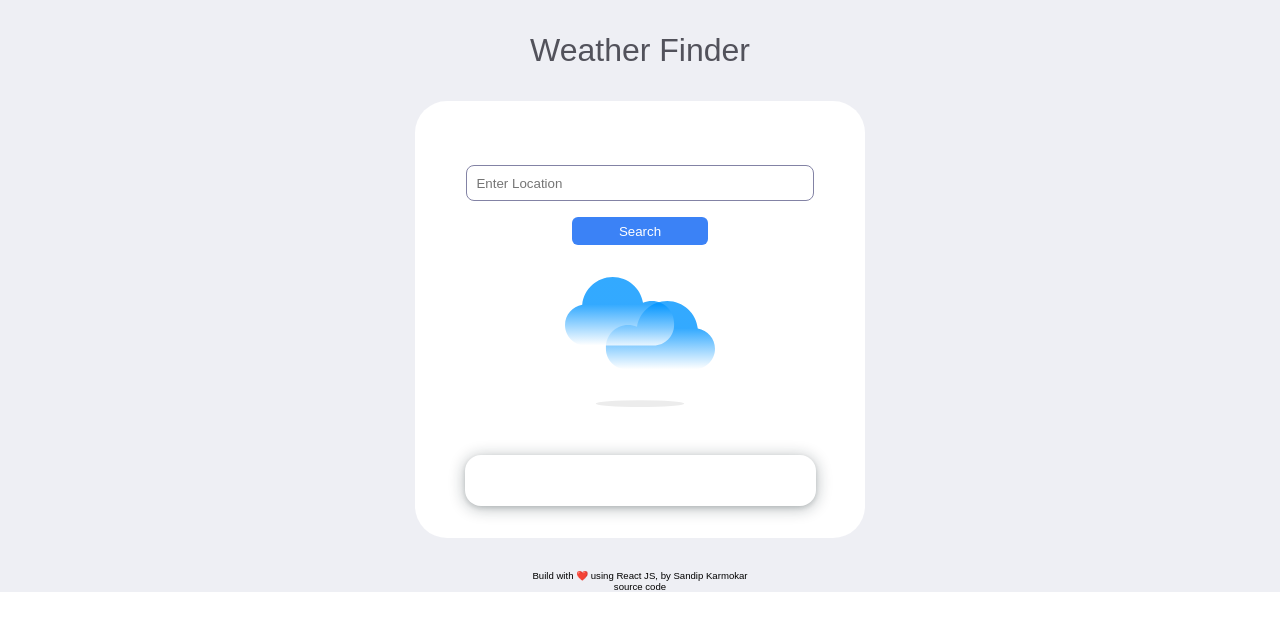
Repository: sandipkarmokar/weather-app
Page: /
The author's editor kept a copy of each file at every save. The page is drawn from the files as they stood at one save, then again after the next save.
The browser window is 1280 px wide. The pictures show the whole page.
The project was rebuilt for these pictures with package versions that can differ from the ones it lists, and the page was loaded fresh each time.

Above is the page before, as saved 2022-04-12 18:13:50.

### src/App.js
import { useState, useEffect } from 'react';
import './App.css';
import WeatherForm from './components/WeatherForm';
import WeatherInfoShow from './components/WeatherInfoShow';

function App() {
    const [city, setCity] = useState('');
    const [gotData, setGotData] = useState(false);
    const [weatherData, setWeatherData] = useState([]);
    const [isDay, setIsDay] = useState(false);

    console.log(weatherData);
    const url = `https://api.openweathermap.org/data/2.5/weather?q=${city}&appid=390f3fd7515cacb5596ae4765de92a6d`;

    const fetchData = async (e) => {
        e.preventDefault();
        try {
            const response = await fetch(url);
            const data = await response.json();
            setWeatherData(data);
            setGotData(true);
            const isDay = weatherData?.weather[0].icon?.includes('d');
            setIsDay(isDay);
        } catch (error) {
            console.log(error);
            setGotData(false);
        }
    };

    return (
        <div className="app">
            <div className="heading">
                <p>Weather Finder</p>
            </div>
            <div className="app-container">
                <WeatherForm
                    city={city}
                    setCity={setCity}
                    fetchData={fetchData}
                ></WeatherForm>

                <WeatherInfoShow
                    gotData={gotData}
                    weatherData={weatherData}
                    isDay={isDay}
                ></WeatherInfoShow>
            </div>
            <footer>
                <p>Build with ❤️ using React JS, by Sandip Karmokar</p>
                <p>source code</p>
            </footer>
        </div>
    );
}

export default App;

### src/App.css
* {
    margin: 0;
    padding: 0;
    box-sizing: border-box;
    font-family: Arial, Helvetica, sans-serif;
}

.app {
    background-color: #eeeff4;
    height: 100vh;
}

.app .heading p {
    color: #52525b;
    padding-top: 2rem;
    font-size: 2rem;
    text-align: center;
}

.app .app-container {
    width: 90%;
    margin: 2rem auto;
    background: #ffffff;
    border-radius: 2rem;
    padding: 1rem 0;
}

.app .app-container .weather-form {
    width: 86%;
    margin: 0 auto;
    display: flex;
    flex-direction: column;
}

.app .app-container .weather-form input {
    padding: 0.6rem;
    margin: 1rem auto;
    border: 0.5px solid #8383a5;
    border-radius: 8px;
    width: 90%;
    margin-top: 3rem;
}
.app .app-container .weather-form button {
    width: 35%;
    margin: 0 auto;
    padding: 0.4rem;
    background-color: #3b82f6;
    color: #ffffff;
    border: none;
    border-radius: 6px;
    cursor: pointer;
}
.app .app-container .weather-form img {
    width: 150px;

    margin: 2rem auto;
}

.app .app-container .weather-info-show {
    background-color: #ffffff;
    width: 78%;
    box-shadow: rgba(14, 30, 37, 0.12) 0px 2px 4px 0px,
        rgba(14, 30, 37, 0.32) 0px 2px 16px 0px;
    margin: 1rem auto;
    border-radius: 1rem;
    padding: 1.6rem;
}
.app .app-container .weather-info-show .main-info {
    display: flex;
    justify-content: space-between;
}

.app .app-container .weather-info-show .main-info img {
    width: 50px;
    height: 50px;
}
.app .app-container .weather-info-show .main-info .info .location {
    font-size: 1.4rem;
    color: #52525b;
}
.app .app-container .weather-info-show .main-info .info .data {
    font-size: 0.9rem;
    color: #71717a;
}
.app .app-container .weather-info-show .main-info .info .data .large {
    font-size: 1.4rem;
    color: #52525b;
}

.app .app-container .weather-info-show hr {
    width: 50%;
    margin: 1.6rem auto;
}

.app .app-container .weather-info-show .other-info {
    display: flex;
    flex-direction: column;
}
.app .app-container .weather-info-show .other-info p {
    color: #3f3f46;
}

.app .app-container .weather-info-show .other-info .other-info-data {
    display: grid;

    grid-template-columns: 1fr 1fr;
    grid-template-rows: 1fr 1fr;
    gap: 1rem;
    margin-top: 1rem;
}

.app .app-container .weather-info-show .other-info .other-info-data .item {
    display: flex;
}

.app .app-container .weather-info-show .other-info .other-info-data .item img {
    height: 32px;
    width: 32px;
    margin: 0 0.6rem;
}

.app
    .app-container
    .weather-info-show
    .other-info
    .other-info-data
    .item
    .sub-info {
    display: flex;
    flex-direction: column;
}

.app
    .app-container
    .weather-info-show
    .other-info
    .other-info-data
    .item
    .sub-info
    .data {
    color: #3f3f46;
}
.app
    .app-container
    .weather-info-show
    .other-info
    .other-info-data
    .item
    .sub-info
    .sub-info-title {
    color: #3f3f46;
    font-size: 0.8rem;
}

.app footer p {
    text-align: center;
    font-size: 0.6rem;
}

@media only screen and (min-width: 500px) {
    .app {
        background-color: #eeeff4;
        height: 100%;
    }

    .app .app-container {
        width: 450px;
        margin: 2rem auto;
        background: #ffffff;
        border-radius: 2rem;
        padding: 1rem 0;
    }
    .app footer p {
        text-align: center;
        margin: 0 auto;
        width: 450px;
        font-size: 0.6rem;
        background: #eeeff4;
    }
}
@media only screen and (min-width: 1300px) {
    .app {
        background-color: #eeeff4;
        height: 100vh;
    }

    .app .app-container {
        width: 450px;
        margin: 2rem auto;
        background: #ffffff;
        border-radius: 2rem;
        padding: 1rem 0;
    }
    .app footer p {
        text-align: center;
        margin: 0 auto;
        width: 450px;
        font-size: 0.6rem;
        background: #eeeff4;
    }
}

### src/components/WeatherForm.js
import React from 'react';
import mainImage from '../icons/perfect-day.svg';

const WeatherForm = ({ city, setCity, fetchData }) => {
    return (
        <div className="weather-form">
            <input
                type="text"
                placeholder="Enter Location"
                value={city}
                onChange={(e) => setCity(e.target.value)}
            />
            <button onClick={fetchData}>Search</button>
            <img src={mainImage} alt="" />
        </div>
    );
};

export default WeatherForm;

### src/components/WeatherInfoShow.js
import React from 'react';
import imagex from '../icons/cloudy.svg';

import sunset from '../icons/temp.svg';
import sunrise from '../icons/temp.svg';
import humidity from '../icons/humidity.svg';
import wind from '../icons/wind.svg';
import pressure from '../icons/pressure.svg';

const WeatherInfoShow = ({ weatherData, gotData, isDay }) => {
    console.log(weatherData);
    const getTime = (timeStamp) => {
        return `${new Date(timeStamp * 1000).getHours()}:${new Date(
            timeStamp * 1000
        ).getMinutes()}`;
    };
    return (
        <div className="weather-info-show">
            {gotData ? (
                <>
                    <div className="main-info">
                        <div className="info">
                            <div className="location">
                                {weatherData?.name} {weatherData?.sys.country}
                            </div>
                            <div className="data">
                                <span className="large">{`${Math.floor(
                                    weatherData?.main?.temp - 273
                                )}°C`}</span>{' '}
                                | {weatherData?.weather[0].description}
                            </div>
                        </div>
                        <img src={imagex} alt="" />
                    </div>
                    <hr className="line" />
                    <div className="other-info">
                        <p>Other Info</p>
                        <div className="other-info-data">
                            <div className="item">
                                <img src={isDay ? sunset : sunrise} alt="" />
                                <div className="sub-info">
                                    <p className="data">{`${getTime(
                                        weatherData?.sys[
                                            isDay ? 'sunset' : 'sunrise'
                                        ]
                                    )}`}</p>
                                    <p className="sub-info-title">
                                        {isDay ? 'sunset' : 'sunrise'}
                                    </p>
                                </div>
                            </div>
                            <div className="item">
                                <img src={humidity} alt="" />
                                <div className="sub-info">
                                    <p className="data">
                                        {weatherData?.main.humidity}
                                    </p>
                                    <p className="sub-info-title">humidity</p>
                                </div>
                            </div>
                            <div className="item">
                                <img src={wind} alt="" />
                                <div className="sub-info">
                                    <p className="data">
                                        {weatherData?.wind?.speed}
                                    </p>
                                    <p className="sub-info-title">wind</p>
                                </div>
                            </div>
                            <div className="item">
                                <img src={pressure} alt="" />
                                <div className="sub-info">
                                    <p className="data">
                                        {weatherData?.main.pressure}
                                    </p>
                                    <p className="sub-info-title">pressure</p>
                                </div>
                            </div>
                        </div>
                    </div>
                </>
            ) : (
                ''
            )}
        </div>
    );
};

export default WeatherInfoShow;

Loaded but not shown: public/index.html (common file); src/index.js (common file); src/index.css (common file); src/reportWebVitals.js (common file)

After the next save:
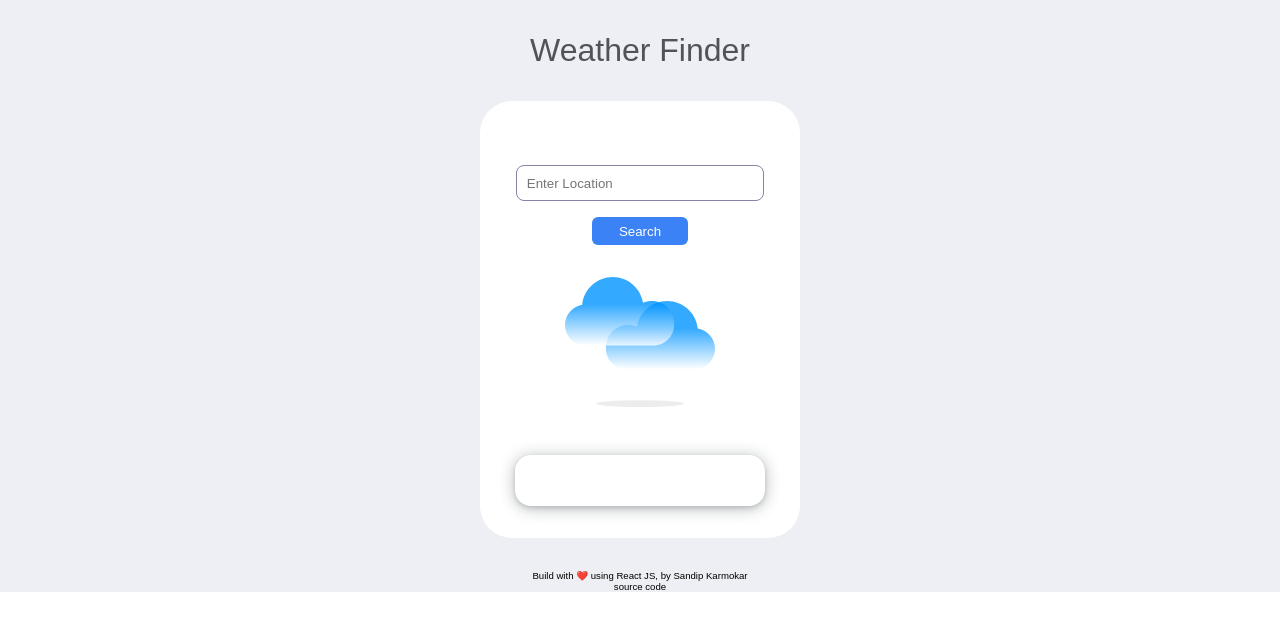
Saved 23 s later.
--- a/src/App.css
+++ b/src/App.css
@@ -164,7 +164,7 @@
     }
 
     .app .app-container {
-        width: 450px;
+        width: 320px;
         margin: 2rem auto;
         background: #ffffff;
         border-radius: 2rem;
